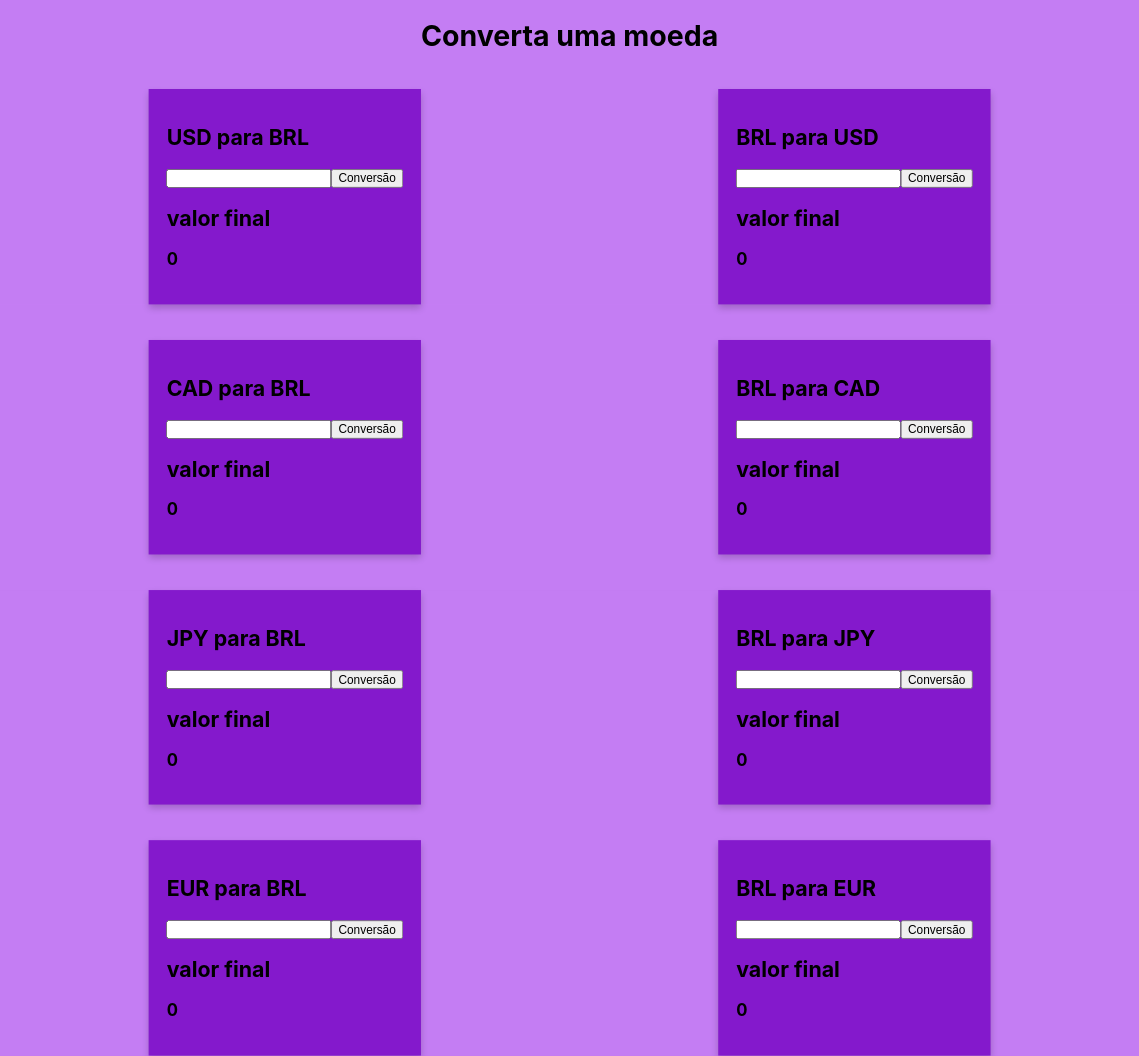
Repository: DeanLemosXD/Currency-converter
Page: /
An editor plug-in stored every save of this project. The page is shown before and after the next save, followed by the edit.
The browser window is 1280 px wide. The pictures show the whole page, at 89% of full size.
The project was rebuilt for these pictures with package versions that can differ from the ones it lists, and the page was loaded fresh each time.

Above is the page before, as saved 2021-10-19 18:25:53.

After the next save:
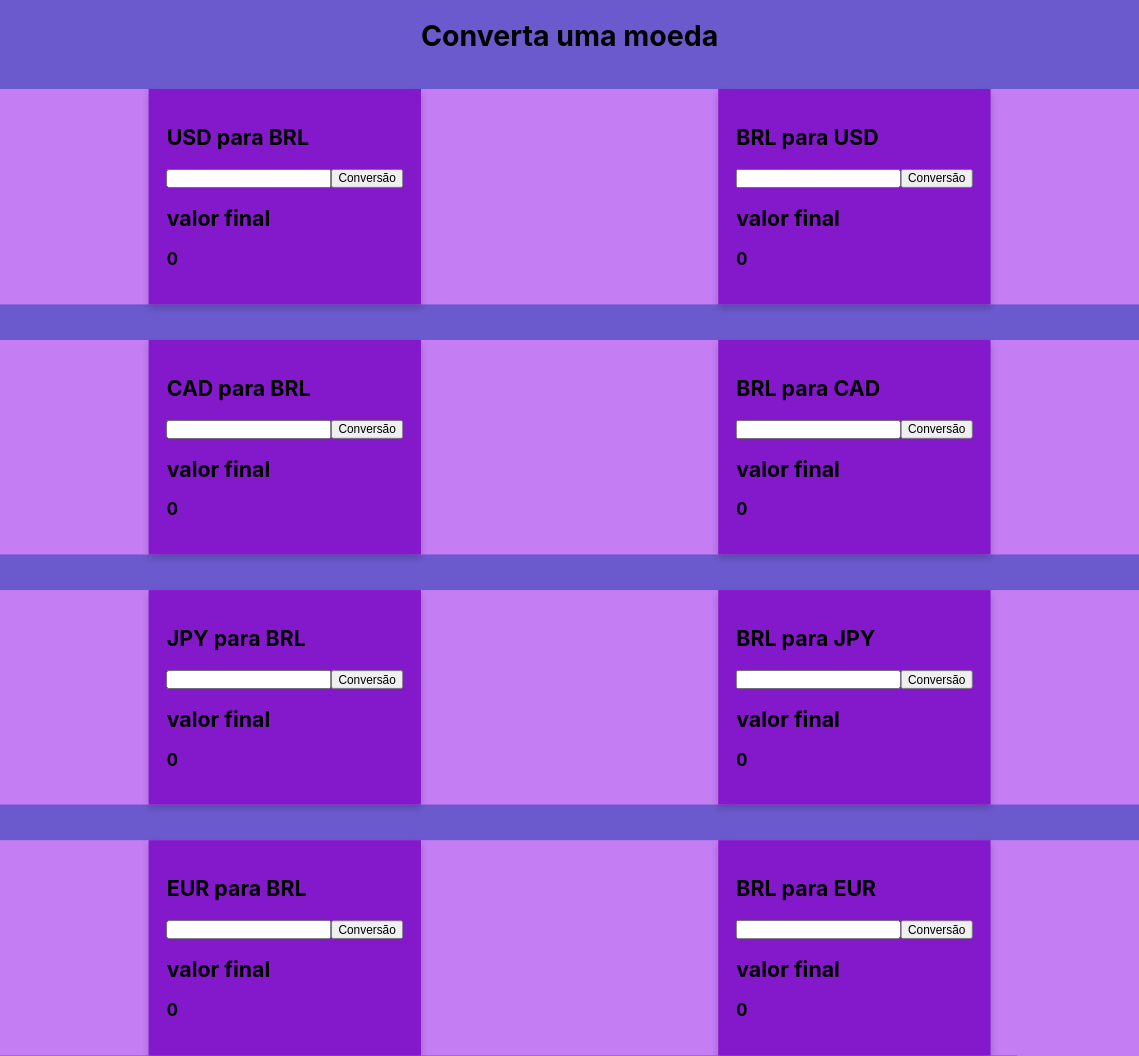
Saved 11 s later.
--- a/src/index.css
+++ b/src/index.css
@@ -5,7 +5,7 @@ body {
     sans-serif;
   -webkit-font-smoothing: antialiased;
   -moz-osx-font-smoothing: grayscale;
-  background-color:rgb(196, 125, 243)
+  background-color:slateblue
 }
 
 code {
